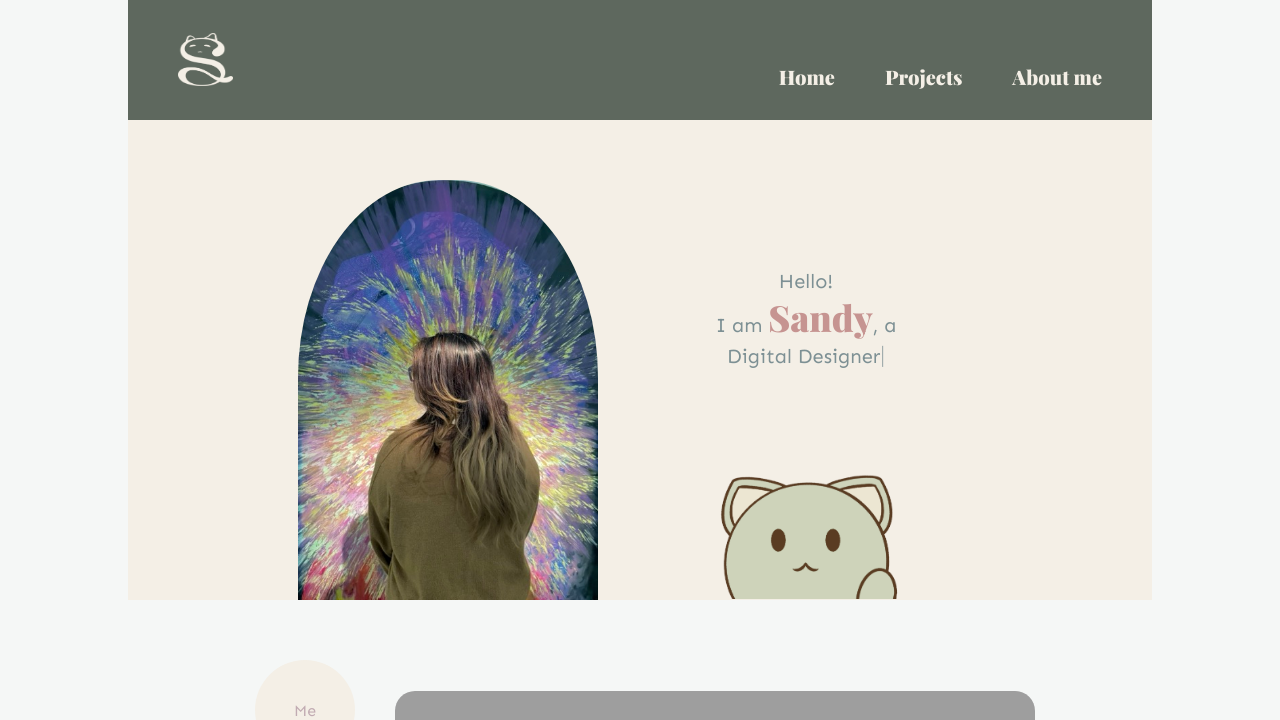
Repository: SandyLy453/portfolio
Page: /
These files come from the project's save history. The page is drawn as it stood at one moment and after a run of saves; the edit follows.
The browser window is 1280 px wide. The pictures show the whole page.
Pictures or frames that could not be fetched are drawn as grey boxes. An inner scrolling area shows only its first screen. The project was rebuilt for these pictures with package versions that can differ from the ones it lists, and the page was loaded fresh each time. The framework's server and built-in components were replaced by stand-ins that run in the browser. Also part of the build but not shown: next.config.mjs, modules/Footer/Footer.module.css, modules/Footer/Footer.js, modules/ProjectCard/ProjectCard.module.css, modules/ProjectCard/Projectcard.js.

Above is the page before, as saved 2025-02-13 18:41:17.

### pages/_app.js
import { useEffect } from "react";
import { useRouter } from "next/router";
import { Playfair_Display, Sen } from 'next/font/google';
import '../styles/globals.css';

const playfairDisplay = Playfair_Display({
  weight: ['400', '900'],
  style: ['normal', 'italic'],
  subsets: ['latin'],
});

const sen = Sen({
  weight: ['400', '700', '800'],
  subsets: ['latin'],
});

export default function App({ Component, pageProps }) {

  const router = useRouter();

  useEffect(() => {
    const handleRouteChangeComplete = (url) => {
        if (url.startsWith("/projects")) {
            window.location.reload();
        } else if (url.startsWith("/project")) {
          window.location.reload();
        }
    };

    router.events.on("routeChangeComplete", handleRouteChangeComplete);

    return () => {
        router.events.off("routeChangeComplete", handleRouteChangeComplete);
    };
}, [router]);


  return (
    <main className={`${playfairDisplay.className} ${sen.className}`}>
      <Component {...pageProps} />
    </main>
  )
}

### pages/_document.js
import { Html, Head, Main, NextScript } from "next/document";


export default function Document() {
  return (
    <Html lang="en">
      <Head>
        <title>San San's Tea Room</title>
        <link rel="icon" href="/favicon.ico" />

        <link rel="preconnect" href="https://fonts.googleapis.com" />
        <link rel="preconnect" href="https://fonts.gstatic.com" crossorigin="anonymous" />
        <link
          href="https://fonts.googleapis.com/css2?family=Playfair+Display:wght@400;900&family=Sen:wght@400;700;800&display=swap"
          rel="stylesheet"
        />
      </Head>
      <body>
        <Main />
        <NextScript />
      </body>
    </Html>
  );
}

### pages/index.js
import Image from "next/image";
import Link from "next/link";
import styles from "@/styles/Home.module.css";
import { useState, useEffect } from "react";
import Header from "@/modules/Header/Header";
import Footer from "@/modules/Footer/Footer";
import ProjectCard from "@/modules/ProjectCard/Projectcard";
import ShowCase from "@/modules/ShowCase/ShowCase";

export default function Home() {

  const projects = [
    {
      photos: ["/aether-cover.png"],
      alt: "Aether cover",
      title: "Aether",
      description: "Case Study - A AI-powered form-filling app",
      date: "September 2024 - December 2024",
      link: "/projects/Aether",
    },
    {
      photos: ["/post1.png", "/post2.png", "/post3.png"],
      alt: "Poster slides show",
      title: "Poster design",
      description:
        "Product design - Series of posters based on the anime/ manga Detective Conan.",
      date: "December 2024",
      link: "/projects/Poster",
    },
    {
      photos: ["/can1.png", "/can2.png", "/can3.png"],
      alt: "Can design slide show",
      title: "DiLo Tea Can",
      description: "Product design - Tea Can",
      date: "November 2024",
      link: "/projects/CanDesign",
    },
    {
      photos: ["/mockup2.png"],
      alt: "Magazine cover",
      title: "Magazine",
      description: "Magazine design - An architectural magazine",
      date: "November 2024",
      link: "/projects/Magazine",
    },
    {
      photos: ["/clotho.png"],
      alt: "Clotho app",
      title: "Clotho",
      description: "Clotho - A closet organize app",
      date: "March 2024 - May 2024",
      link: "/projects/Clotho",
    },
    {
      photos: ["/cam.png"],
      alt: "Camera vector graphic",
      title: "Mechanical Object Vector Graphic",
      description: "Using vector to draw mechanical objects",
      date: "December 2023",
      link: "/projects/MechanicalObject",
    },
  ];

  const [visibleProjects, setVisibleProjects] = useState(6);

  const roles = ["UX/UI Designer", "Digital Designer", "Web Developer"];
  const [text, setText] = useState("");
  const [index, setIndex] = useState(0);
  const [charIndex, setCharIndex] = useState(0);
  const [deleting, setDeleting] = useState(false);

  useEffect(() => {
    const currentRole = roles[index];

    let timeout;

    if (deleting) {
      timeout = setTimeout(() => {
        setText(currentRole.substring(0, charIndex - 1));
        setCharIndex((prev) => prev - 1);
      }, 50);
    } else {
      timeout = setTimeout(() => {
        setText(currentRole.substring(0, charIndex + 1));
        setCharIndex((prev) => prev + 1);
      }, 100);
    }

    if (!deleting && charIndex === currentRole.length) {
      setTimeout(() => setDeleting(true), 1000);
    } else if (deleting && charIndex === 0) {
      setDeleting(false);
      setIndex((prevIndex) => (prevIndex + 1) % roles.length);
    }

    return () => clearTimeout(timeout);
  }, [charIndex, deleting, index, roles]);

  return (
    <>
      <Header/>

      <main className={styles.main}>
        <div className={styles.top}>
          <div className={styles.image}>
            <Image src={'/cover.jpeg'} alt="cover photo" className={styles.coverPhoto} width={300} height={420} />
          </div>

          <div className={styles.info}>
            <p className={styles.role}>Hello!</p>
            <p className={styles.role}>I am <span className={styles.name}>Sandy</span>, a</p>
            <p className={styles.role}>
              {text}
              <span className={styles.cursor}>|</span>
            </p>
            <Image src={'/hi.GIF'} alt="greeting gif" className={styles.gif} width={294} height={129} />
          </div>
        </div>

        <ShowCase/>

        <div className={styles.sectionBreaker}>
          <span> Let's connect! </span>
        </div>

        <div className={styles.connect}>
          <Link
            className={styles.link}
            href={"mailto:sandy.lyth453@gmail.com"}
            target="_blank"
          >
            <p className={styles.connectInfo}>Email</p>
          </Link>
          <Link
            className={styles.link}
            href={"https://www.instagram.com/sansan_lyth?igsh=MThxOTR1ZTlyY3R1dw%3D%3D&utm_source=qr"}
            target="_blank"
          >
            <p className={styles.connectInfo}>Instagram</p>
          </Link>
          <Link
            className={styles.link}
            href={"https://www.linkedin.com/in/boisan-sandy-ly/"}
            target="_blank"
          >
            <p className={styles.connectInfo}>LinkedIn</p>
          </Link>
          <Link
            className={styles.link}
            href={"/Sandy_Ly_Resume.pdf"}
            target="_blank"
          >
            <p className={styles.connectInfo}>Resume</p>
          </Link>
        </div>
      </main>

      <footer className={styles.footer}>
        <p className={styles.copyright}>© Made by Sandy Ly • 2025</p>
      </footer>
    </>
  );
}

### styles/globals.css
:root {
  --mauveMorn: #ecd6d6;
  --mauveShadow: #B59BA6;
  --moss: #5E7975;
  --brightWhite: #f5f7f6;
  --white: #fff;

  --spaBlue: #D3DEDF;
  --forest: #5E685E;
  --midnight: #3D4D55;
  --stormCloud: #676767;
  --cream: #f4EFE6;
  --cloud: #FEFCF6;
}

html,
body {
  padding: 0;
  margin: 0;
  background-color: #f5f7f6;
  width: 100vw;
  height: 100vh;
  overflow-x: hidden;
  scroll-behavior: auto;

  font-family: "Playfair Display", serif;
  font-optical-sizing: auto;
  color: var(--stormCloud);
  cursor: url('/hehe.webp') 16 16, auto;
}

header {
  margin: 0;
  padding: 0;
  box-sizing: border-box;
}

* {
  margin: 0;
  padding: 0;
  box-sizing: border-box; /* Reset styles for all elements */
}

h1, h2, h3, h4, h5, span {
  font-family: "Playfair Display", serif;
}

a, button {
  cursor: url('/haha.webp') 16 16, pointer;
}

### styles/Home.module.css
.page {
  margin: 0;
  padding: 0;
}

.main {
  min-height: 100vh;
  width: 70vw;
  margin: auto;
  margin-top: 0;
  margin-top: 120px;
}

.top {
  width: 100%;
  min-height: 480px;
  background-color: var(--cream);
  align-items: center;
  display: flex;
  flex-direction: row;
  padding: 0;
  flex-wrap: wrap;
  justify-content: center;
}

.coverPhoto {
  border-radius: 47% 47% 0 0;
  margin: 0 6rem;
  position: relative;
  bottom: -30px;
}

.info {
  text-align: center;
  margin-top: 100px;
  width: 30vw;
}

.name {
  font-size: 54px;
  color: #C69491;
  font-weight: 600;
  font-family: "Playfair Display", serif;
}

.role {
  font-size: 44px;
  color: #7D9094;
  font-weight: 500;
}

.loca {
  font-size: 20px;
  color: #7D9094;
  padding-top: 10px;
}

.gif {
  position: relative;
  bottom: -36px;
}


.sectionBreaker {
  display: flex;
  align-items: center;
  justify-content: center;
  margin: 40px 0;
  position: relative;
}

.sectionBreaker::before,
.sectionBreaker::after {
  content: "";
  flex: 1;
  height: 2px;
  background: #d3d3d3;
  margin: 0;
}

.sectionBreaker span {
  color: #7D9094;
  margin: 0 10px;
  font-size: 20px;
  font-style: italic;
}

.pjSection {
  display: flex;
  flex-direction: row;
  flex-wrap: wrap;
  justify-content:space-between;
  align-items: flex-start;
  margin: 0 auto;
  margin-bottom: 50px;
  gap: 1rem;
  max-width: 1350px;
}

.connect {
  margin-bottom: 200px;
}

.link {
  text-decoration: none;
  color: var(--mauveShadow);
  width: 100%;
  font-weight: 500;
}

.link:hover {
  color: var(--forest);
  font-weight: 900;
}

.connectInfo {
  font-size: 54px;
  margin: 20px 0;
  font-family: "Playfair Display", serif;
}

.footer {
  margin-bottom: 20px;
}

.copyright {
  text-align: center;
  font-style: italic;
  color: var(--forest);
  width: 100%;
}





@media screen and (max-width: 1460px) {
  .pjSection {
    gap: 20px;
  }

  .main {
    width: 80vw;
  }

  .coverPhoto {
    margin: 0 1rem;
    bottom: -32px;
  }

  .info {
    margin-top: 50px;
  }

  .gif {
    bottom: -6.4rem;
  }

  .name {
    font-size: 36px;
  }

  .role {
    font-size: 20px;
  }

  .loca {
    font-size: 18px;
  }

  .pjSection {
    gap: 15px;
    justify-content: center;
  }
}



@media screen and (max-width: 768px) {
  .main {
    width: 100vw;
  }

  .coverPhoto {
    margin: 0 auto;
    bottom: -20px;
    width: 70vw;
    height: auto;
  }

  .info {
    margin-top: 50px;
    width: 90vw;
  }

  .name {
    font-size: 36px;
  }

  .role {
    font-size: 20px;
  }

  .loca {
    font-size: 18px;
  }

  .pjSection {
    gap: 15px;
    justify-content: center;
  }

  .gif {
    position: relative;
    bottom: -4px;
    margin-top: 10px;
  }
}

### modules/Header/Header.js
import Image from "next/image";
import Link from "next/link";
import styles from './Header.module.css'
import { useRef } from "react";

export default function Header () {
    const audioRef = useRef(null);

    const playSound = () => {
        if (audioRef.current) {
            audioRef.current.currentTime = 0;
            audioRef.current.play().catch(error => console.log("Audio playback error:", error));
        }
    };

    return (
        <header className={styles.header}>
            <div className={styles.logo}>
                <Link href={'/'}>
                    <Image
                        src={'/logo.png'}
                        alt="logo"
                        className={styles.logo}
                        width={55}
                        height={53}
                        onMouseEnter={playSound}
                    />
                </Link>
            </div>

            <div className={styles.menu}>
                <p className={styles.menuOption}><Link href={'/'} className={styles.link}>Home</Link></p>
                <p className={styles.menuOption}><Link href={'/project'} className={styles.link}>Projects</Link></p>
                <p className={styles.menuOption}><Link href={'/about'} className={styles.link}>About me</Link></p>
            </div>

            <audio ref={audioRef} src="/cat.wav" preload="auto"></audio>
        </header>
    )
}

### modules/ShowCase/ShowCase.js
import Image from "next/image";
import { useState, useEffect, useRef } from "react";
import styles from './ShowCase.module.css';
import Link from "next/link";

export default function ShowCase() {
    const tags = ["Me", "UX/UI", "Graphic", "Other"];
    const images = {
        "Me": "/card-holder.png",
        "UX/UI": "/ava.png",
        "Graphic": "/card-holder.png",
        "Other": "/ava.png",
    };

    const [activeTag, setActiveTag] = useState(tags[0]);
    const [isFading, setIsFading] = useState(false);
    const [isPaused, setIsPaused] = useState(false);
    const intervalRef = useRef(null);

    const startLoop = () => {
        clearInterval(intervalRef.current);
        intervalRef.current = setInterval(() => {
            setIsFading(true);
            setTimeout(() => {
                setActiveTag((prevTag) => {
                    const currentIndex = tags.indexOf(prevTag);
                    return tags[(currentIndex + 1) % tags.length];
                });
                setIsFading(false);
            }, 1000);
        }, 4000);
    };

    useEffect(() => {
        if (!isPaused) startLoop();
        return () => clearInterval(intervalRef.current);
    }, [isPaused]);

    useEffect(() => {
        startLoop();
        return () => clearInterval(intervalRef.current);
    }, []);

    const handlePause = (tag) => {
        clearInterval(intervalRef.current);
        setIsPaused(true);
        setActiveTag(tag);
        setIsFading(false);
    };

    const handleResume = () => {
        setIsPaused(false);
    };

    return (
        <div className={styles.container}>
            <div className={styles.tagBox}>
                {tags.map((tag) => (
                    <div
                        key={tag}
                        className={`${styles.tag} ${activeTag === tag ? styles.active : ""}`}
                        onMouseEnter={() => handlePause(tag)}
                        onMouseLeave={handleResume}
                        onTouchStart={() => handlePause(tag)}
                        onTouchEnd={handleResume}
                    >
                        <p>{tag}</p>
                    </div>
                ))}
            </div>

            <div className={styles.right}>
                <div className={styles.photoBox}>
                    <Image
                        key={activeTag}
                        src={images[activeTag]}
                        alt={activeTag}
                        width={600}
                        height={460}
                        className={`${styles.photo} ${isFading ? styles.fadeOut : styles.fadeIn}`}
                    />
                </div>

                <div className={styles.loadMoreContainer}>
                    <Link
                        href="/project"
                        className={styles.loadMoreButton}
                        scroll={true}
                    >
                        <button className={styles.loadMoreButton}>
                            More Projects
                        </button>
                    </Link>
                </div>
            </div>

        </div>
    );
}

### modules/Header/Header.module.css
.header {
    margin:0;
    margin-left: auto;
    margin-right: auto;
    width: 70vw;
    height: 120px;
    background-color: var(--forest);
    padding: 20px 50px ;
    padding-bottom: 30px;

    display: flex;
    flex-direction: row;
    justify-content: space-between;
    align-items: flex-end;
    position: fixed;
    right: 15vw;
    top: 0;
    z-index: 999;
}

.menu {
    display: flex;
    flex-direction: row;
    gap: 50px;
}

.menuOption {
    font-size: 20px;
    font-weight: 600;
}

.link {
    text-decoration: none;
    color: var(--cream);
    font-family: "Playfair Display", serif;
}

.link:hover {
    color: var(--midnight);
}


@media screen and (max-width: 1460px) {
    .header {
        width: 80vw;
        right: 10vw;
    }
}

@media screen and (max-width: 768px) {
    .header {
        width: 100vw;
        right: 0;
    }
}

### modules/ShowCase/ShowCase.module.css
.container {
    margin: auto;
    margin-top: 50px;
    display: flex;
    flex-direction: row;
    justify-content: center;
    align-items: center;
    gap: 30px;
}

.tagBox {
    display: flex;
    justify-content: center;
    align-items: center;
    flex-direction: column;
}

.tag, .active {
    width: 100px;
    height: 100px;
    background-color: var(--cream);
    border-radius: 50%;
    display: flex;
    justify-content: center;
    align-items: center;
    margin: 10px;
    cursor: url('/haha.webp') 16 16, pointer;
    transition: background-color 0.3s ease-in-out, transform 0.2s ease-in-out;
}

.tag:hover, .active {
    background-color: var(--forest);
    transform: scale(1.05);
}

.tag p, .active p {
    color: var(--mauveShadow);
    opacity: 80%;
}

.tag:hover p, .active p {
    color: var(--mauveMorn);
    opacity: 100%;
}

.photoBox {
    width: 50vw;
    max-width: 1000px;
    aspect-ratio: 20 / 9;
    position: relative;
    display: flex;
    align-items: center;
    justify-content: center;
    overflow: hidden;
}

.photo {
    width: 100%;
    height: 100%;
    border-radius: 20px;
    object-fit: cover;
    position: absolute;
    transition: opacity 0.5s ease-in-out;
}

.fadeIn {
    opacity: 1;
}

.fadeOut {
    opacity: 0;
}

.loadMoreContainer {
    margin-top: 20px;
    display: flex;
    flex-direction: column;
    justify-content: flex-end;
    align-items: flex-end;
  }

  .loadMoreButton {
    height: 40px;
    width: 150px;
    background-color: var(--cream);
    color: var(--forest);
    border: 1px solid var(--forest);
    font-size: 18px;
    align-items: center;
    border-radius: 10px;
    margin-bottom: 50px;
  }

  .loadMoreButton:hover {
    background-color: var(--forest);
    color: var(--cream);
  }

After the next 2 saves:
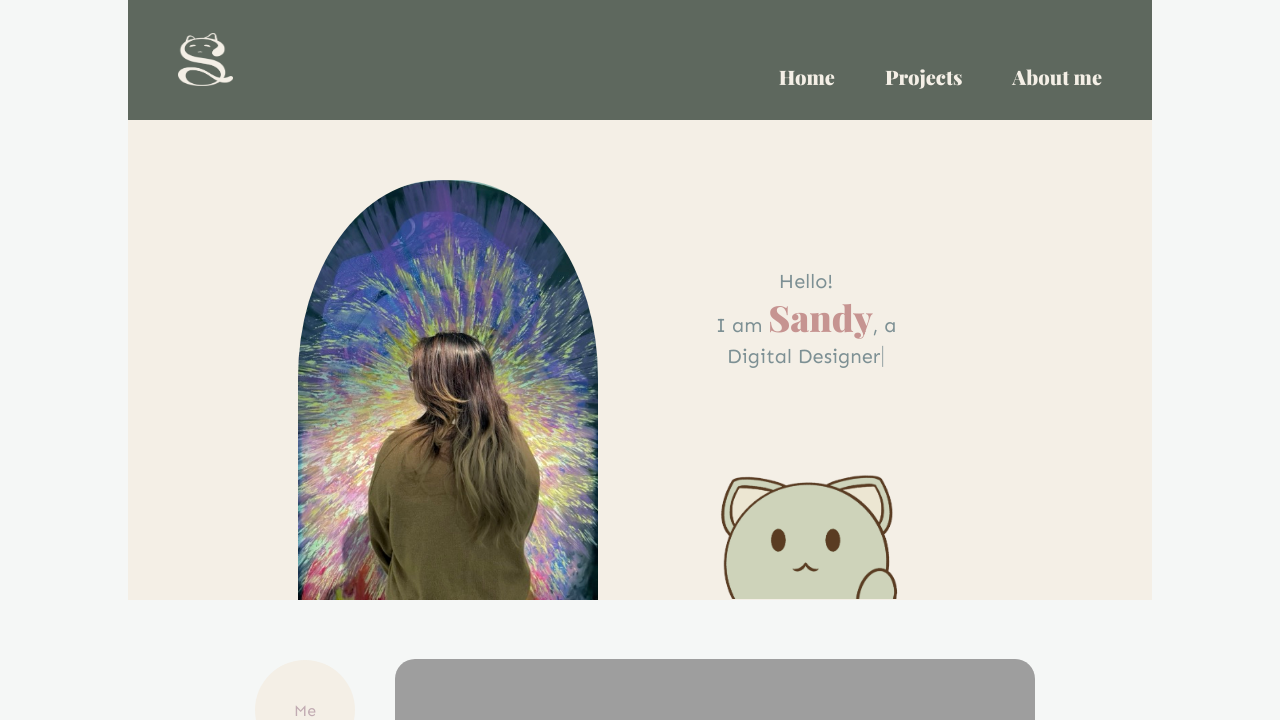
The 2 saves are shown as one change because they came seconds apart.
The last was saved 40 s later.
--- a/modules/ShowCase/ShowCase.module.css
+++ b/modules/ShowCase/ShowCase.module.css
@@ -46,7 +46,7 @@
 .photoBox {
     width: 50vw;
     max-width: 1000px;
-    aspect-ratio: 20 / 9;
+    aspect-ratio: 20 / 11;
     position: relative;
     display: flex;
     align-items: center;
